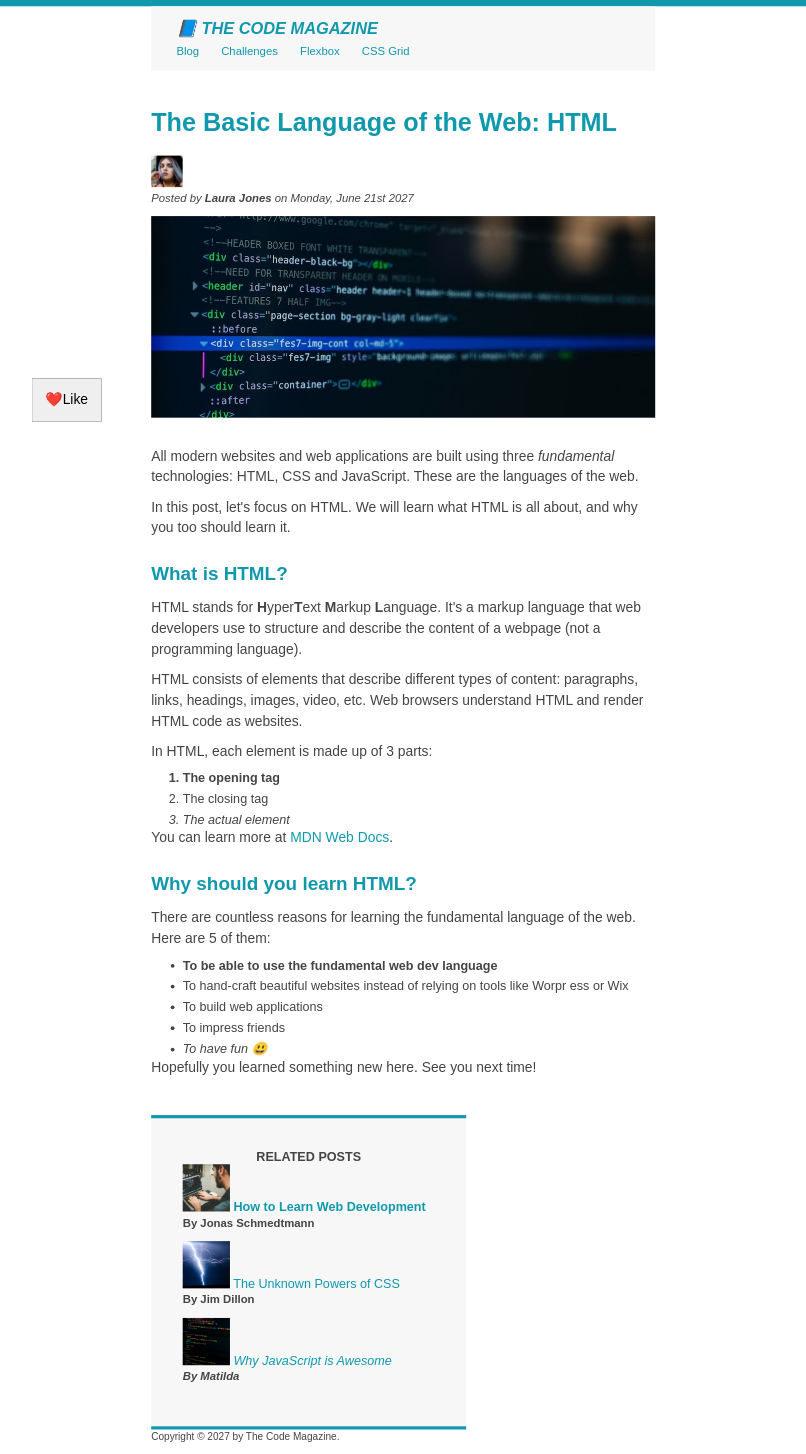
Repository: sunny070/CSS
Page: #1/index.html
These files come from the project's save history. The page is drawn as it stood at one moment and after the next save; the edit follows.
The browser window is 1280 px wide. The pictures show the whole page, at 63% of full size.

Above is the page before, as saved 2023-11-06 11:09:26.

### #1/index.html
<!DOCTYPE html>
<html lang="en">
  <head>
    <meta charset="UTF-8" />
    <title>The Basic Language of the Web: HTML</title>
    <link rel="stylesheet" href="style.css">
  </head>

  <body>
    <!--
    <h1>The Basic Language of the Web: HTML</h1>
    <h2>The Basic Language of the Web: HTML</h2>
    <h3>The Basic Language of the Web: HTML</h3>
    <h4>The Basic Language of the Web: HTML</h4>
    <h5>The Basic Language of the Web: HTML</h5>
    <h6>The Basic Language of the Web: HTML</h6>
    -->
<div class="container">
    <header class="main-header">
      <h1>📘 The Code Magazine</h1>

      <nav>
        <a href="blog.html">Blog</a>
        <a href="#">Challenges</a>
        <a href="#">Flexbox</a>
        <a href="#">CSS Grid</a>
      </nav>
    </header>

    <article>
      <!-- <p>Test</p> -->
      <header class="post-header">
        <h2>The Basic Language of the Web: HTML</h2>

        <img
          src="img/laura-jones.jpg"
          alt="Headshot of Laura Jones"
          height="50"
          width="50"

        />

        <p id="author">Posted by <strong>Laura Jones</strong> on Monday, June 21st 2027</p>

        <img
          src="img/post-img.jpg"
          alt="HTML code on a screen"
          width="500"
          height="200"
          class="post-img"
        />
      </header>

      <p>
        All modern websites and web applications are built using three
        <em>fundamental</em>
        technologies: HTML, CSS and JavaScript. These are the languages of the
        web.
      </p>

      <p>
        In this post, let's focus on HTML. We will learn what HTML is all about,
        and why you too should learn it.
      </p>

      <h3>What is HTML?</h3>
      <p>
        HTML stands for <strong>H</strong>yper<strong>T</strong>ext
        <strong>M</strong>arkup <strong>L</strong>anguage. It's a markup
        language that web developers use to structure and describe the content
        of a webpage (not a programming language).
      </p>
      <p>
        HTML consists of elements that describe different types of content:
        paragraphs, links, headings, images, video, etc. Web browsers understand
        HTML and render HTML code as websites.
      </p>
      <p>In HTML, each element is made up of 3 parts:</p>

      <ol>
        <li class="first-li">The opening tag</li>
        <li>The closing tag</li>
        <li>The actual element</li>
      </ol>

      <p>
        You can learn more at
        <a
          href="https://developer.mozilla.org/en-US/docs/Web/HTML"
          target="_blank"
          >MDN Web Docs</a
        >.
      </p>

      <h3>Why should you learn HTML?</h3>

      <p>
        There are countless reasons for learning the fundamental language of the
        web. Here are 5 of them:
      </p>

      <ul>
        <li class="first-li">To be able to use the fundamental web dev language</li>
        <li>
          To hand-craft beautiful websites instead of relying on tools like
          Worpr ess or Wix
        </li>
        <li>To build web applications</li>
        <li>To impress friends</li>
        <li>To have fun 😃</li>
      </ul>

      <p>Hopefully you learned something new here. See you next time!</p>
    </article>

    <aside>
      <h4>Related posts</h4>

      <ul class="related">
        <li>
          <img
            src="img/related-1.jpg"
            alt="Person programming"
            width="75"
            width="75"
          />
          <a href="#">How to Learn Web Development</a>
          <p class="related-author">By Jonas Schmedtmann</p>
        </li>
        <li>
          <img src="img/related-2.jpg" alt="Lightning" width="75" heigth="75" />
          <a href="#">The Unknown Powers of CSS</a>
          <p class="related-author">By Jim Dillon</p>
        </li>
        <li>
          <img
            src="img/related-3.jpg"
            alt="JavaScript code on a screen"
            width="75"
            height="75"
          />
          <a href="#">Why JavaScript is Awesome</a>
          <p class="related-author">By Matilda</p>
        </li>
      </ul>
    </aside>

    <footer> <p id="copyright" class="copyright text">Copyright &copy; 2027 by The Code Magazine.</p> </footer>
  </div>
  <button class="">❤️Like</button>
  </body>
</html>

### #1/style.css
*{
    margin:0;
    padding:0;
    box-sizing: border-box;

}
/* PAGE SECTION */
body{
    /* color:red; */
    color:#444;
    font-family: sans-serif;
    border-top:10px solid #1098ad;

}
.container{
    width: 800px;
    /* margin-left: auto;
    margin-right: auto; */
    margin:0 auto;
}
.main-header{
    background-color:#f7f7f7 ;
    /* padding: 20px;
    padding-left: 40px;
    padding-right:40px; */
    padding:20px 40px;
    margin-bottom:60px;
    /* height:80px; */
}
nav {
    font-size: 18px;
    }

article{
    margin-bottom:60px;
}



.post-header{
    margin-bottom:40px;
}
aside{
    background-color:#f7f7f7;
    border-top: 5px solid #1098ad;
    border-bottom: 5px solid #1098ad;
    /* padding-top:50px;
    padding-bottom:50px; */
    padding: 50px 0;
    width:500px;

}
/* SMALLER ELEMENTS */
h1,h2,h3{
    color:#1098ad;
}

h1{

    font-size: 26px;

    text-transform: uppercase;
    font-style: italic;

}
h2{
    font-size: 40px;
    margin-bottom:30px;


}
h3{
    font-size: 30px;
    margin-bottom:20px;
    margin-top:40px;

}
h4{
    font-size:20px;
    font-family:sans-serif;
    text-transform: uppercase;
    text-align: center;
}
p{
    font-size: 22px;
    /* display:inline ; */
    line-height: 1.5;
    margin-bottom:15px;
}

ul,ol{
    margin-left:50px;
}
li{
    /* display:inline ; */
    font-size: 20px;
    margin-bottom:10px ;
}
li:last-child{
    margin-bottom: 0;
}
/* footer p{
    font-size:16px ;
} */

/* article header p{
    font-style: italic;
} */

#author{
    font-style: italic;
    font-size: 18px;
}
#copyright{
    font-size :16px;
}

.related-author{
    font-size:18px;
    font-weight:bold;
}
/* ul{
  list-style: none;
} */

.related{
    list-style: none;
}


/* .first-li{
    font-weight: bold;
} */
li:first-child{
    font-weight: bold;
}

li:last-child{
    font-style: italic;
}
li:nth-child(even){
    /* color:red; */
}

/* Misconception this won't work */
article p:first-child{
    color:red;
}

/* Style Links */
a:link{
    color:#1098ad;
    text-decoration: none;
}
a:visited{
    /* color:#777;
     */
     color: #1098ad;
}
a:hover{
    cursor: pointer;
    color:orange;
    font-weight: bold;
    text-decoration: underline orangered;
}
a:active{
    background-color:black;
    font-style: italic;
}
/* LVHA */

.post-img{
    width:100%;
    height: auto;
    /* margin: 100px; */
}
nav a:link{
    /* background-color: orangered;
    margin: 20px;
    padding: 20px;
    display: block; */
    margin-right:30px ;
    margin-top:10px;
    display: inline-block;
}
nav a:link:last-child{
    margin-right: 0;
}
button{
    font-size: 22px;
    padding: 20px;
    cursor:pointer;
    position: absolute;
    /* top: 50px;
    left: 50px; */
    bottom: 50px;
    left: 50px;
}
/* resolving conflicts */
/* #copyright{
    color:red;
}
.copyright{
    color:blue;
}
.text{
    color:yellow;
}

footer p{
    color: #000;
} */

After the next save:
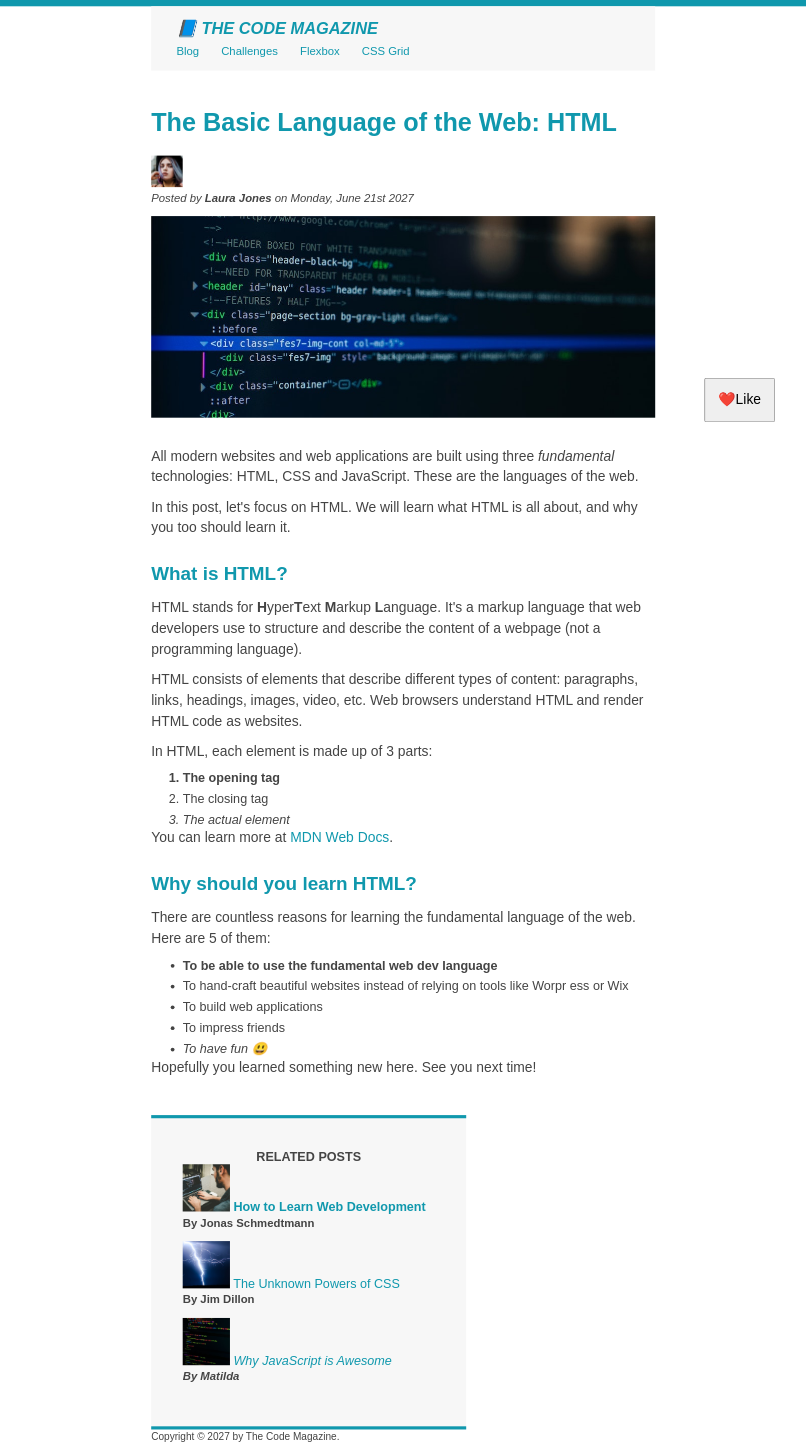
Saved 7 s later.
--- a/#1/style.css
+++ b/#1/style.css
@@ -194,7 +194,7 @@ button{
     /* top: 50px;
     left: 50px; */
     bottom: 50px;
-    left: 50px;
+    right: 50px;
 }
 /* resolving conflicts */
 /* #copyright{
